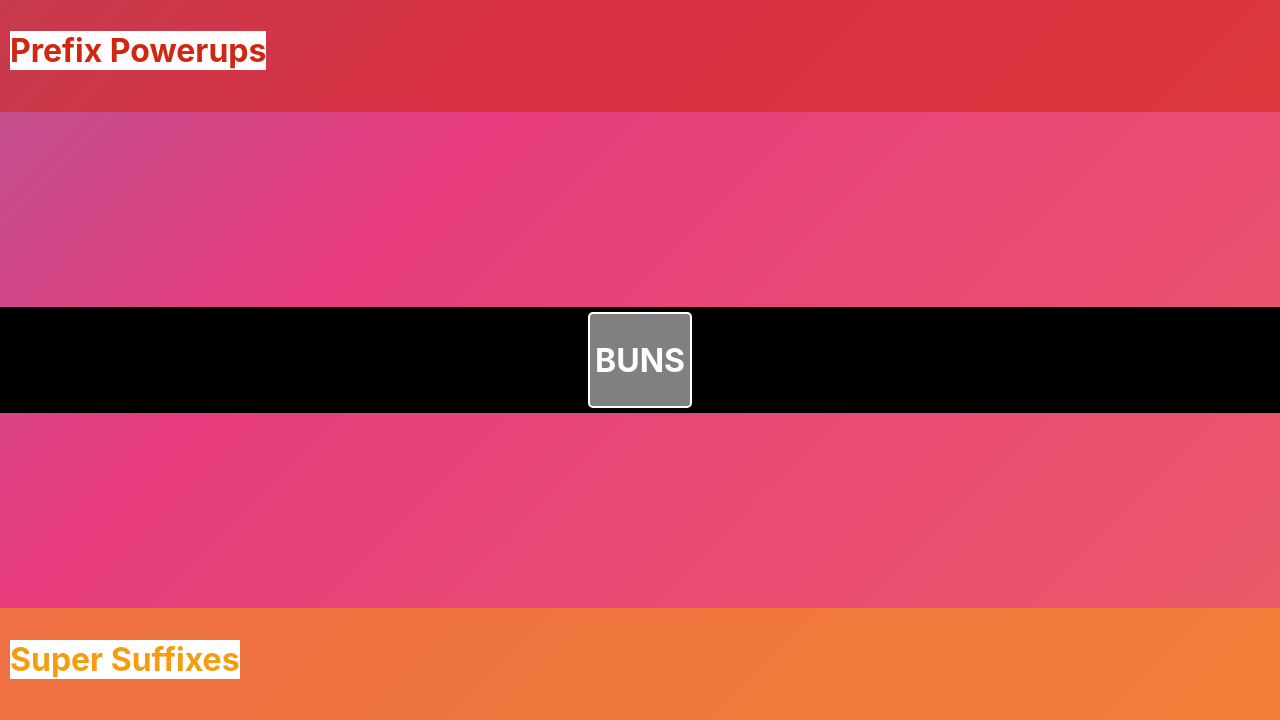
Repository: bsalgado98/buns-inator
Page: /
These files come from the project's save history. The page is drawn as it stood at one moment and after the next save; the edit follows.
The browser window is 1280 px wide. The pictures show the whole page.
The project was rebuilt for these pictures with package versions that can differ from the ones it lists, and the page was loaded fresh each time.

Above is the page before, as saved 2022-04-26 00:30:20.

### src/index.js
import React from 'react';
import ReactDOM from 'react-dom/client';
import './index.css';
import App from './App';
import reportWebVitals from './reportWebVitals';
import { store } from './store'
import { Provider } from 'react-redux'

const root = ReactDOM.createRoot(document.getElementById('root'));
root.render(
  <React.StrictMode>
    <Provider store={store}>
        <App />
    </Provider>
  </React.StrictMode>
);

// If you want to start measuring performance in your app, pass a function
// to log results (for example: reportWebVitals(console.log))
// or send to an analytics endpoint. Learn more: https://bit.ly/CRA-vitals
reportWebVitals();

### src/index.css
body {
    margin: 0;
    padding: 0;
    font-family: -apple-system, BlinkMacSystemFont, 'Segoe UI', 'Roboto', 'Oxygen',
        'Ubuntu', 'Cantarell', 'Fira Sans', 'Droid Sans', 'Helvetica Neue',
        sans-serif;
    -webkit-font-smoothing: antialiased;
    -moz-osx-font-smoothing: grayscale;
    height: 100vh;
    background-attachment: fixed;
}

code {
    font-family: source-code-pro, Menlo, Monaco, Consolas, 'Courier New', monospace;
}

### src/App.js
import './App.css';
import WordBank from './components/WordBank/WordBank'
import WordBuilder from './components/WordBuilder/WordBuilder';
import { RARITY, PART_OF_SENTENCE, COLOR } from './utility/constants'

function App() {
    const wordList = {
        prefixPowerups: [
            {
                sectionTitle: RARITY.COMMON,
                words: ['very', 'mega'],
                color: COLOR.COMMON,
                partOfSentence: PART_OF_SENTENCE.PREFIX
            },
            {
                sectionTitle: RARITY.RARE,
                words: ['super'],
                color: COLOR.RARE,
                partOfSentence: PART_OF_SENTENCE.PREFIX
            },
            {
                sectionTitle: RARITY.LEGENDARY,
                words: ['dangerously'],
                color: COLOR.LEGENDARY,
                partOfSentence: PART_OF_SENTENCE.PREFIX
            }
        ],
        superSuffixes: [
            {
                sectionTitle: RARITY.COMMON,
                words: [],
                color: COLOR.COMMON,
                partOfSentence: PART_OF_SENTENCE.SUFFIX
            },
            {
                sectionTitle: RARITY.RARE,
                words: [],
                color: COLOR.RARE,
                partOfSentence: PART_OF_SENTENCE.SUFFIX
            },
            {
                sectionTitle: RARITY.LEGENDARY,
                words: ['city', 'in a box'],
                color: COLOR.LEGENDARY,
                partOfSentence: PART_OF_SENTENCE.SUFFIX
            }
        ]
    }

    return (
        <div className="App">
            <div className="word-bank">
                <WordBank bankTitle='Prefix Powerups' color={COLOR.PREFIX_POWERUPS} wordCollection={wordList.prefixPowerups} />
            </div>
            <div className="subject-card-container">
                <WordBuilder />
            </div>
            <div className="word-bank">
                <WordBank bankTitle='Super Suffixes' color={COLOR.SUPER_SUFFIXES} wordCollection={wordList.superSuffixes} />
            </div>
        </div>
    );
}

export default App;

### src/store.js
import { configureStore } from "@reduxjs/toolkit"
import wordModifiersReducer from "./slices/wordModifiersSlice"

export const store = configureStore({
    reducer: {
        wordModifiers: wordModifiersReducer
    }
})

### src/App.css
.App {
    text-align: center;
    height: 100vh;
    display: flex;
    flex-direction: column;
    background: linear-gradient(-45deg, #ee7752, #e73c7e, #23a6d5, #23d5ab);
	background-size: 400% 400%;
	animation: gradient 15s ease infinite;
    background-attachment: fixed;
}

.word-bank {
}

.subject-card-container {
    flex-grow: 3;
    display: flex;
    align-items: center;
    justify-content: center;
}

@keyframes gradient {
	0% {
		background-position: 0% 50%;
	}
	50% {
		background-position: 100% 50%;
	}
	100% {
		background-position: 0% 50%;
	}
}

### src/components/WordBank/WordBank.js
import createWordSection from "../../utility/wordSection"

const WordBank = ({ bankTitle = "N/A", color = "#000000", wordCollection = [] }) => {
    const styles = {
        container: {
            style: {
                backgroundColor: `${color}88`,
                display: 'flex',
                flexDirection: 'column',
                padding: '10px'
            }
        },
        title: {
            style: {
                color: color,
                backgroundColor: 'white'
            },
            container: {
                style: {
                    display: 'flex',
                    width: '100%'
                }
            }
        },
        collectionArea: {
            style: {
                display: 'flex'
            },
            section: {
                style: {
                    display: 'flex',
                    flexDirection: 'column',
                    width: '30%',
                    backgroundColor: 'rgba(0, 0, 0, 0.8)',
                    backdropFilter: 'blur(100px)',
                    margin: '5px',
                    borderRadius: '5px'
                },
                wordArea: {
                    style: {
                        display: 'flex'
                    }
                },
                title: {
                    style: {
                        opacity: '0.5',
                        fontStyle: 'italic',
                        color: 'white'
                    }
                }
            }
        },
        divider: {
            style: {
                height: '100px',
                width: '0px',
                border: '1px dashed black',
                opacity: '0.8'
            }
        }
    }
    return (
        <div style={styles.container.style}>
            <div style={styles.title.container.style}>
                <h1 style={styles.title.style}>{bankTitle}</h1>
            </div>
            <div style={styles.collectionArea.style}>
                {wordCollection.map((section, i) => {
                    return (
                            <div key={`section-${i}`} style={styles.collectionArea.section.style} className="section">
                                {/* <div style={styles.collectionArea.section.wordArea.style}>
                                    {createWordSection(section.words, section.color, section.partOfSentence)}
                                </div>
                                <h5 style={styles.collectionArea.section.title.style}>{section.sectionTitle}</h5> */}
                            </div>
                    )
                })}
            </div>
        </div>
    )
}

export default WordBank

### src/components/WordBuilder/WordBuilder.js
import SubjectCard from "../SubjectCard/SubjectCard"
import { useSelector, useDispatch } from 'react-redux'
import WordCard from "../WordCard/WordCard"

const WordBuilder = () => {
    const styles = {
        container: {
            style: {
                display: 'flex',
                background: 'black',
                width: '100%',
                justifyContent: 'center'
            }
        }
    }

    const dispatch = useDispatch()
    const prefixes = useSelector(state => state.wordModifiers.prefixes)
    const suffixes = useSelector(state => state.wordModifiers.suffixes)
    return (
        <div style={styles.container.style}>
            {
                prefixes.map((wordInfo, i) =>
                    <WordCard
                        key={`prefix-${i}`}
                        text={wordInfo.text}
                        color={wordInfo.color}
                        partOfSentence={wordInfo.partOfSentence}
                    />)
            }
            <SubjectCard text="BUNS" />
            {
                suffixes.map((wordInfo, i) =>
                    <WordCard
                        key={`suffix-${i}`}
                        text={wordInfo.text}
                        color={wordInfo.color}
                        partOfSentence={wordInfo.partOfSentence}
                    />)
            }
        </div>
    )
}

export default WordBuilder

### src/utility/constants.js
export const RARITY = {
    COMMON: 'Common',
    RARE: 'Rare',
    LEGENDARY: 'Legendary'
}

export const PART_OF_SENTENCE = {
    PREFIX: 'prefix',
    SUFFIX: 'suffix'
}

export const COLOR = {
    COMMON: "#6b6867",
    RARE: "#614cd9",
    LEGENDARY: "#f50fde",
    PREFIX_POWERUPS: "#d12711",
    SUPER_SUFFIXES: "#f59d0f"
}

### src/slices/wordModifiersSlice.js
import { createSlice } from "@reduxjs/toolkit"

const initialState = {
    prefixes: [],
    suffixes: []
}

export const wordModifiersSlice = createSlice({
    name: 'word-modifiers',
    initialState,
    reducers: {
        addPrefix: (state, word) => state.prefixes.push(word),
        addSuffix: (state, word) => state.suffixes.push(word),
        removeLastPrefix: state => state.prefixes.pop(),
        removeLastSuffix: state => state.suffixes.pop(),
        removePrefix: (state, word) => state.prefixes.filter(prefix => prefix !== word),
        removeSuffix: (state, word) => state.suffixes.filter(suffix => suffix !== word)
    }
})

export const { addPrefix, addSuffix, removeLastPrefix, removeLastSuffix, removePrefix, removeSuffix } = wordModifiersSlice.actions

export default wordModifiersSlice.reducer

### src/components/SubjectCard/SubjectCard.js
const SubjectCard = ({ text }) => {
    const styles = {
        container: {
            style: {
                background: 'rgba(255, 255, 255, 0.5)',
                display: 'flex',
                border: '2px solid white',
                margin: '5px',
                padding: '5px',
                borderRadius: '5px',
                height: '30%',
                alignItems: 'center'
            }
        },
        text: {
            style: {
                color: "white"
            }
        }
    }
    return (
        <div style={styles.container.style}>
            <h1 style={styles.text.style}>{text}</h1>
        </div>
    )
}

export default SubjectCard

### src/utility/wordSection.js
import WordCard from "../components/WordCard/WordCard";

function createWordSection(words, wordColor, partOfSentence) {
    return words.map((word, i) => <WordCard key={`word-${i}`} text={word} color={wordColor} />)
}

export default createWordSection

### src/components/WordCard/WordCard.js
const WordCard = ({ text = "N/A", color = "#000000", partOfSentence }) => {
    const styles = {
        container: {
            style: {
                background: `${color}44`,
                display: 'flex',
                border: `2px dashed ${color}`,
                margin: '5px',
                padding: '5px',
                borderRadius: '5px',
                height: '30%',
                alignItems: 'center'
            }
        },
        text: {
            style: {
                color: color,
                fontSize: '16px'
            }
        }
    }
    return (
        <div style={styles.container.style}>
            <h1 style={styles.text.style}>{text}</h1>
        </div>
    )
}

export default WordCard

Loaded but not shown: public/index.html (common file); src/reportWebVitals.js (common file)

After the next save:
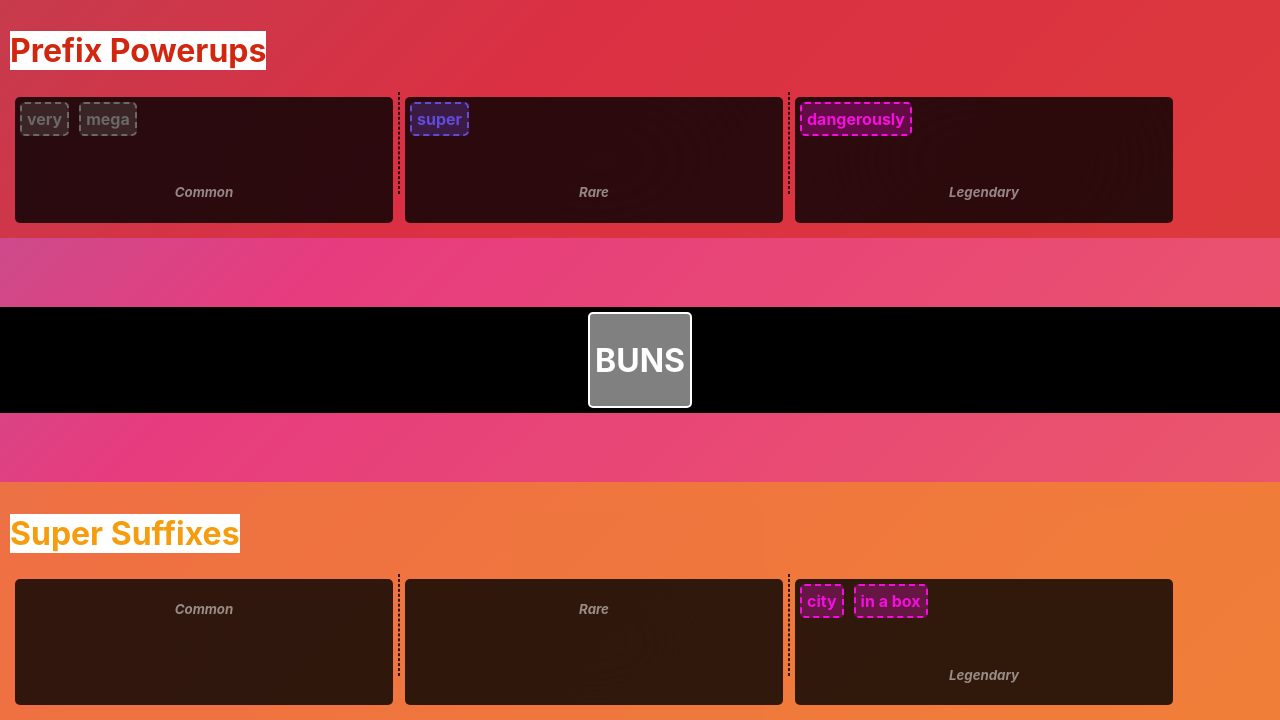
Saved 9 s later.
--- a/src/components/WordBank/WordBank.js
+++ b/src/components/WordBank/WordBank.js
@@ -67,12 +67,15 @@ const WordBank = ({ bankTitle = "N/A", color = "#000000", wordCollection = [] })
             <div style={styles.collectionArea.style}>
                 {wordCollection.map((section, i) => {
                     return (
+                        <>
+                            {i !== 0 ? <span style={styles.divider.style}></span> : null}
                             <div key={`section-${i}`} style={styles.collectionArea.section.style} className="section">
-                                {/* <div style={styles.collectionArea.section.wordArea.style}>
+                                <div style={styles.collectionArea.section.wordArea.style}>
                                     {createWordSection(section.words, section.color, section.partOfSentence)}
                                 </div>
-                                <h5 style={styles.collectionArea.section.title.style}>{section.sectionTitle}</h5> */}
+                                <h5 style={styles.collectionArea.section.title.style}>{section.sectionTitle}</h5>
                             </div>
+                        </>
                     )
                 })}
             </div>
